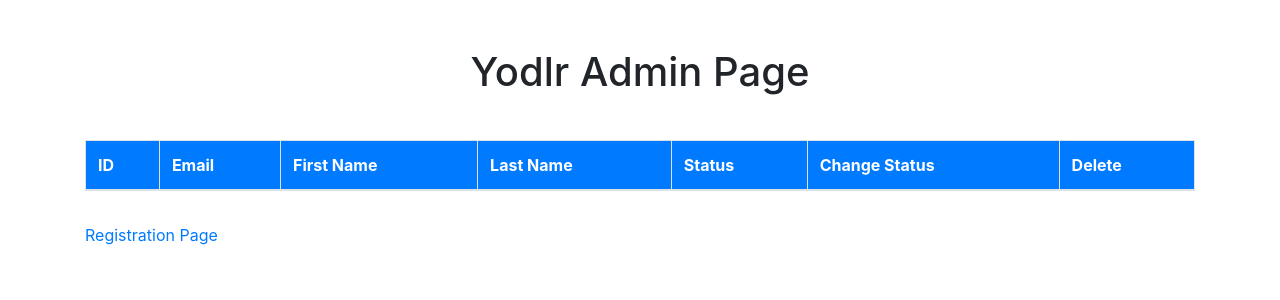
Repository: rmdayberry/yodlr-take-home
Page: public/admin.html
The author's editor kept a copy of each file at every save. The page is drawn from the files as they stood at one save, then again after the next save.
The browser window is 1280 px wide. The pictures show the whole page.
The page's requests for data from a server got no answer.

Above is the page before, as saved 2024-10-09 08:35:04.
Console error: TypeError: Cannot read properties of undefined (reading 'message')

After the next save:
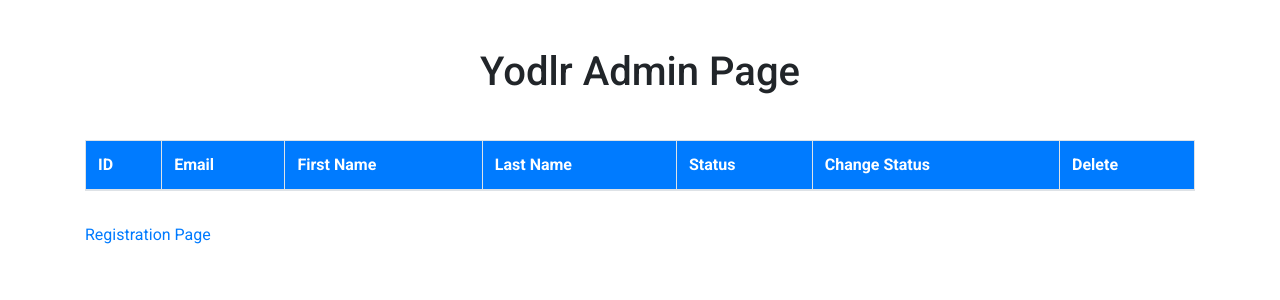
Saved 27 s later.
--- a/public/css/admin.css
+++ b/public/css/admin.css
@@ -1,3 +1,7 @@
+body {
+  font-family: "Roboto";
+}
+
 table {
   width: 100%;
   border-collapse: collapse;

After the 2 saves that followed:
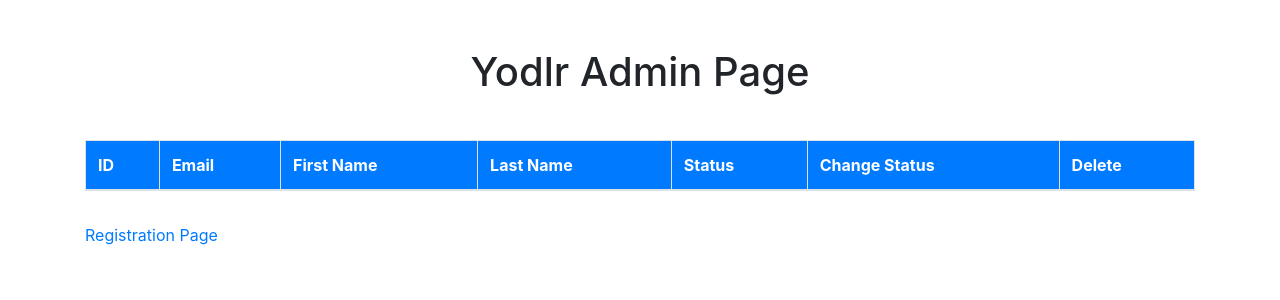
The 2 saves are shown as one change because 1 left the picture as it was.
The last was saved 3 min 57 s later.
--- a/public/css/admin.css
+++ b/public/css/admin.css
@@ -1,6 +1,4 @@
-body {
-  font-family: "Roboto";
-}
+
 
 table {
   width: 100%;
